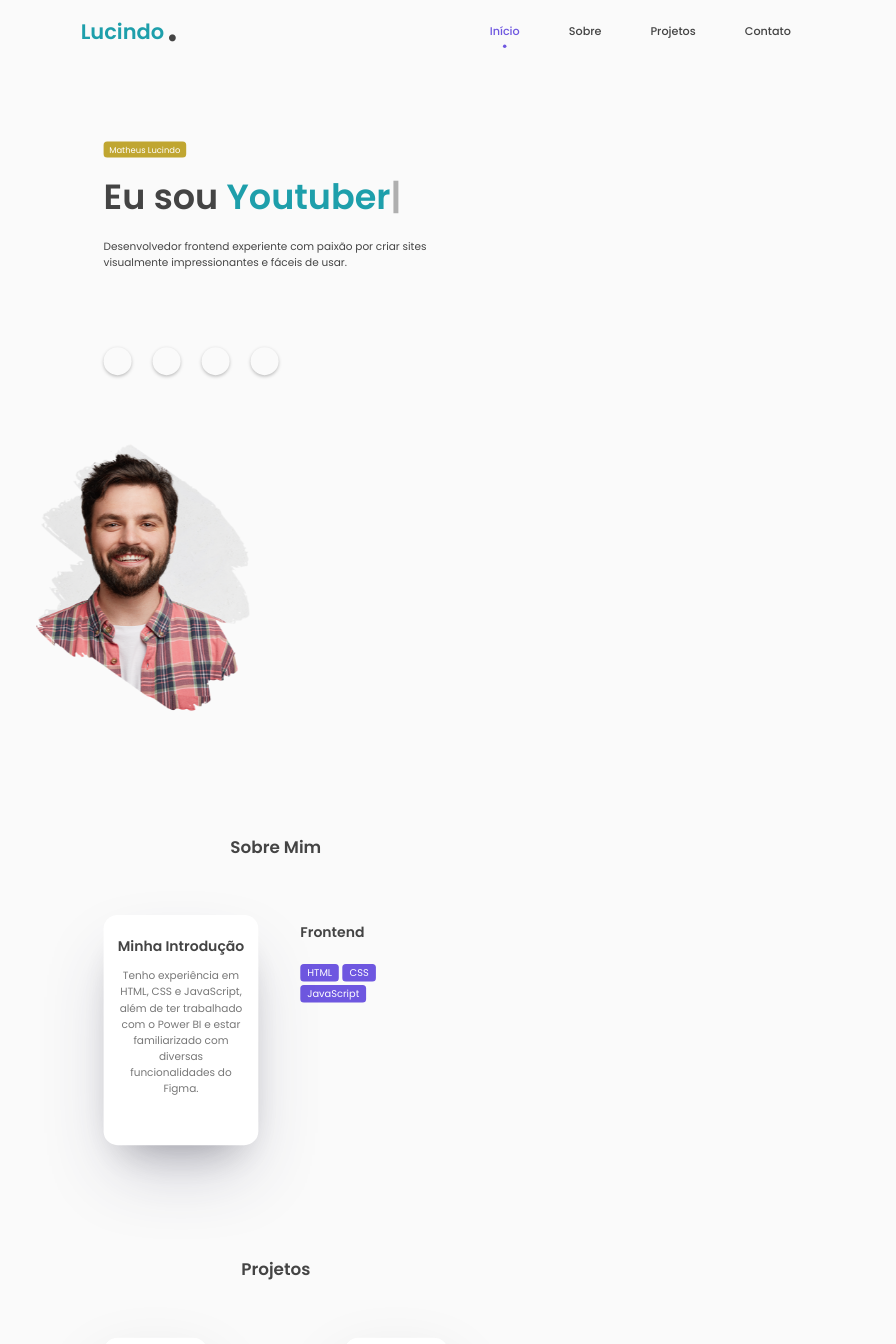
Repository: Matheus904-12/PrePortf
Page: index.html
An editor plug-in stored every save of this project. The page is shown before and after the next save, followed by the edit.
The browser window is 1280 px wide. The pictures show the part of the page from y = 0 to 1920 px (the page is 3190 px tall before and 3033 px after), at 70% of full size.
Some icons come from a web library that is not loaded, so they are not drawn.

Above is the page before, as saved 2023-09-29 12:13:23.

### index.html
<!DOCTYPE html>
<html lang="pt-br">

<head>
    <meta charset="UTF-8">
    <meta name="viewport" content="width=device-width, initial-scale=1.0">

    <!-- UNICONS -->
    <link rel="stylesheet" href="https://unicons.iconscout.com/release/v4.0.8/css/line.css">
    <!-- CSS -->
    <link rel="stylesheet" href="style.css">
    <!-- Adicionar favicon -->
    <link rel="shortcut icon" href="assets/images/favicon.png" type="image/x-icon">

    <title>Portfólio | Codingdev</title>
</head>

<body>
    <div class="container">
        <!-- --------------- CABEÇALHO --------------- -->
        <nav id="header">
            <div class="nav-logo">
                <p class="nav-name">Lucindo</p>
                <span>.</span>
            </div>
            <div class="nav-menu" id="myNavMenu">
                <ul class="nav_menu_list">
                    <li class="nav_list">
                        <a href="#home" class="nav-link active-link">Início</a>
                        <div class="circle"></div>
                    </li>
                    <li class="nav_list">
                        <a href="#about" class="nav-link">Sobre</a>
                        <div class="circle"></div>
                    </li>
                    <li class="nav_list">
                        <a href="#projects" class="nav-link">Projetos</a>
                        <div class="circle"></div>
                    </li>
                    <li class="nav_list">
                        <a href="#contact" class="nav-link">Contato</a>
                        <div class="circle"></div>
                    </li>
                </ul>
            </div>
            <div class="nav-menu-btn">
                <i class="uil uil-bars" onclick="myMenuFunction()"></i>
            </div>
        </nav>


        <!-- -------------- PRINCIPAL ---------------- -->
        <main class="wrapper">
            <!-- -------------- DESTAQUE ---------------- -->
            <br>
            <br>
            <br>
            <br>
            <br>
            <br>
            <br>
            <br
            <section class="featured-box" id="home">
                <div class="featured-text">
                    <div class="featured-text-card">
                        <span>Matheus Lucindo</span>
                    </div>
                    <div class="featured-name">
                        <p>Eu sou <span class="typedText"></span></p>
                    </div>
                    <div class="featured-text-info">
                        <p>Desenvolvedor frontend experiente com paixão por criar sites visualmente
                            impressionantes e fáceis de usar.
                        </p>
                    </div>

                    <div class="social_icons">
                        <a href="https://www.instagram.com/matheus_lucindo/" target="_blank" class="icon"><i class="uil uil-instagram"></i></a>
                        <a href="https://www.linkedin.com/in/matheus-lucindo-b35b68190/" target="_blank" class="icon"><i class="uil uil-linkedin-alt"></i></a>
                        <a href="https://www.figma.com/@myprojets" target="_blank" class="icon"><i class="uil uil-figma"></i></a>
                        <a href="https://github.com/Matheus904-12" target="_blank" class="icon"><i class="uil uil-github-alt"></i></a>
                    </div>

                <div class="featured-image">
                    <div class="image">
                        <img src="profile.png" alt="avatar">
                    </div>
                </div>
                <div class="scroll-icon-box">
                    <a href="#about" class="scroll-btn">
                        <i class="uil uil-mouse-alt"></i>
                        <p>Role para baixo</p>
                    </a>
                </div>

            </section>
            <!-- -------------- SOBRE ---------------- -->
            <section class="section" id="about">
                <div class="top-header">
                    <h1>Sobre Mim</h1>
                </div>
                <div class="row">
                    <div class="col">
                        <div class="about-info">
                            <h3>Minha Introdução</h3>
                            <p><p>Tenho experiência em HTML, CSS e JavaScript, além de ter trabalhado com o Power BI e estar familiarizado com diversas funcionalidades do Figma.</p>

                            </p>
                        </div>
                    </div>
                    <div class="col">
                        <div class="skills-box">
                            <div class="skills-header">
                                <h3>Frontend</h3>
                            </div>
                            <div class="skills-list">
                                <span>HTML</span>
                                <span>CSS</span>
                                <span>JavaScript</span>
                            </div>
                        </div>
            </section>

            <!-- -------------- PROJETOS ---------------- -->

            <section class="section" id="projects">
                <div class="top-header">
                    <h1>Projetos</h1>
                </div>
                <div class="project-container">
                    <div class="project-box">
                        <i class="uil uil-briefcase-alt"></i>
                        <h3>Concluídos</h3>
                        <label>31+ Projetos Finalizados</label>
                    </div>
                    <div class="project-box">
                        <i class="uil uil-award"></i>
                        <h3>Experiência</h3>
                        <label>1 Ano na área</label>
                    </div>
                </div>
            </section>

            <!-- -------------- CONTATO ---------------- -->

            <section class="section" id="contact">
                <div class="top-header">
                    <h1>Fale Comigo</h1>
                    <span>Tem um projeto em mente? Entre em contato comigo aqui</span>
                </div>
                <div class="row">
                    <div class="col">
                        <div class="contact-info">
                            <h2>Me Encontre <i class="uil uil-corner-right-down"></i></h2>
                            <p><i class="uil uil-envelope"></i> Email: matheuslucindo904@gmail.com</p>
                            <p><i class="uil uil-phone"></i> +55 11 97166-6817</p>
                        </div>
            </section>

        </main>


        <!-- --------------- RODAPÉ --------------- -->
        <footer>
            <div class="top-footer">
                <p>Matheus Lucindo .</p>
            </div>
            <div class="middle-footer">
                <ul class="footer-menu">
                    <li class="footer_menu_list">
                        <a href="#home">Início</a>
                    </li>
                    <li class="footer_menu_list">
                        <a href="#about">Sobre</a>
                    </li>
                    <li class="footer_menu_list">
                        <a href="#projects">Projetos</a>
                    </li>
                    <li class="footer_menu_list">
                        <a href="#contact">Contato</a>
                    </li>
                </ul>
            </div>
            <div class="footer-social-icons">
                <div class="icon"><a href="https://www.instagram.com/matheus_lucindo/" target="_blank"><i class="uil uil-instagram"></i></a></div>
                <div class="icon"><a href="https://www.linkedin.com/in/matheus-lucindo-b35b68190/" target="_blank"><i class="uil uil-linkedin-alt"></i></a></div>
                <div class="icon"><a href="https://www.figma.com/@myprojets" target="_blank"><i class="uil uil-figma"></i></a></div>
                <div class="icon"><a href="https://github.com/Matheus904-12" target="_blank"><i class="uil uil-github-alt"></i></a></div>
            </div>
            <div class="bottom-footer">
                <p>Direitos Autorais &copy; <a href="#home" style="text-decoration: none;">Matheus Lucindo</a> - Todos os direitos
                    reservados
                </p>
            </div>
        </footer>

    </div>

    <!-- ----- TYPING JS Link ----- -->
    <script src="https://unpkg.com/typed.js@2.0.16/dist/typed.umd.js"></script>

    <!-- ----- SCROLL REVEAL JS Link----- -->
    <script src="https://unpkg.com/scrollreveal"></script>

    <!-- ----- MAIN JS ----- -->
    <script src="script.js"></script>
</body>

</html>

### style.css
/* ----- POPPINS FONT Link ----- */
@import url('https://fonts.googleapis.com/css2?family=Poppins:wght@400;500;600;700&display=swap');

/* ----- VARIABLES ----- */
:root{
    --body-color: rgb(250, 250, 250);
    --color-white: rgb(255, 255, 255);

    --text-color-second: rgb(68, 68, 68);
    --text-color-third: rgb(30, 159, 171);

    --first-color: rgb(110, 87, 224);
    --first-color-hover: rgb(40, 91, 212);

    --second-color: rgb(110, 87, 224);
    --third-color: rgb(192, 166, 49);
    --first-shadow-color: rgba(0, 0, 0, 0.1);

}

/* ----- BASE ----- */
*{
    margin: 0;
    padding: 0;
    box-sizing: border-box;
    font-family: 'Poppins', sans-serif;
}

/* ----- SMOOTH SCROLL ----- */
html{
    scroll-behavior: smooth;
}

/* ----- CHANGE THE SCROLL BAR DESIGN ----- */
::-webkit-scrollbar{
    width: 10px;
    border-radius: 25px;
}
::-webkit-scrollbar-track{
    background: #f1f1f1;
}
::-webkit-scrollbar-thumb{
    background: #ccc;
    border-radius: 30px;
}
::-webkit-scrollbar-thumb:hover{
    background: #bbb;
}


/* ---##-- REUSABLE CSS --##--- */

/* ----- GLOBAL BUTTON DESIGN ----- */
.btn{
    font-weight: 500;
    padding: 12px 20px;
    background: #efefef;
    border: none;
    border-radius: 10px;
    cursor: pointer;
    transition: .4s;
}
.btn>i{
    margin-left: 10px;
}
.btn:hover{
    background: var(--second-color);
    color: var(--color-white);
}

/* ----- GLOBAL ICONS DESIGN ----- */
i{
    font-size: 16px;
}

/* ------- BASE -------- */
body{
    background: var(--body-color);
}
.container{
    width: 100%;
    position: relative;
    overflow-x: hidden; /* not mandatory */
}

/* ----- NAVIGATION BAR ----- */
nav{
    position: fixed;
    display: flex;
    justify-content: space-between;
    width: 100%;
    height: 90px;
    line-height: 90px;
    background: var(--body-color);
    padding-inline: 9vw;
    transition: .3s;
    z-index: 100;
}
.nav-logo{
   position: relative;
}
.nav-name{
    font-size: 30px;
    font-weight: 600;
    color: var(--text-color-third);
}
.nav-logo span{
    position: absolute;
    top: -15px;
    right: -20px;
    font-size: 5em;
    color: var(--text-color-second);
}
.nav-menu, .nav_menu_list{
    display: flex;
}
.nav-menu .nav_list{
    list-style: none;
    position: relative;
}
.nav-link{
    text-decoration: none;
    color: var(--text-color-second);
    font-weight: 500;
    padding-inline: 15px;
    margin-inline: 20px;
}
.nav-menu-btn{
    display: none;
}
.nav-menu-btn i{
    font-size: 28px;
    cursor: pointer;
}
.active-link{
    position: relative;
    color: var(--first-color);
    transition: .3;
}
.active-link::after{
    content: '';
    position: absolute;
    left: 50%;
    bottom: -15px;
    transform: translate(-50%, -50%);
    width: 5px;
    height: 5px;
    background: var(--first-color);
    border-radius: 50%;
}


/* ----- WRAPPER DESIGN ----- */
.wrapper{
    padding-inline: 10vw;
}

/* ----- FEATURED BOX ----- */
.featured-box{
    position: relative;
    display: flex;
    height: 100vh;
    min-height: 700px;
}

/* ----- FEATURED TEXT BOX ----- */
.featured-text{
    position: relative;
    display: flex;
    justify-content: center;
    align-content: center;
    min-height: 80vh;
    flex-direction: column;
    width: 50%;
    padding-left: 20px;
}
.featured-text-card span{
    background: var(--third-color);
    color: var(--color-white);
    padding: 3px 8px;
    font-size: 12px;
    border-radius: 5px;
}
.featured-name{
    font-size: 50px;
    font-weight: 600;
    color: var(--text-color-second);
    margin-block: 20px;
}
.typedText{
    text-transform: capitalize;
    color: var(--text-color-third);
}
.featured-text-info{
    font-size: 15px;
    margin-bottom: 30px;
    color: var(--text-color-second);
}
.featured-text-btn{
    display: flex;
    gap: 20px;
}
.featured-text-btn>.blue-btn{
    background: var(--first-color);
    color: var(--color-white);
}
.featured-text-btn>.blue-btn:hover{
    background: var(--first-color-hover);
}
.social_icons{
    display: flex;
    margin-top: 5em;
    gap: 30px;
}
.icon{
    display: flex;
    justify-content: center;
    align-items: center;
    width: 40px;
    height: 40px;
    border-radius: 50%;
    box-shadow: 0px 2px 5px 0px rgba(0, 0, 0, 0.25);
    cursor: pointer;
}
.icon:hover{
    color: var(--first-color);
}

/* ----- FEATURED IMAGE BOX ----- */
.featured-image{
    display: flex;
    justify-content: right;
    align-content: center;
    min-height: 80vh;
    width: 50%;
}
.image{
    margin: auto 0;
    width: 380px;
    height: 380px;
    animation: imgFloat 7s ease-in-out infinite;
}
.image img{
    width: 380px;
    height: 380px;
    object-fit: contain;
}
@keyframes imgFloat {
    50%{
        transform: translateY(10px);
    }
}
.scroll-btn{
   position: absolute;
   bottom: 0;
   left: 50%;
   translate: -50%;
   display: flex;
   justify-content: center;
   align-items: center;
   width: 150px;
   height: 50px;
   gap: 5px;
   text-decoration: none;
   color: var(--text-color-second);
   background: var(--color-white);
   border-radius: 30px;
   box-shadow: 0 2px 5px 0 rgba(0, 0, 0, 0.25);
}
.scroll-btn i{
    font-size: 20px;
}

/* ----- MAIN BOX ----- */
.section{
    padding-block: 5em;
}
.row{
    display: flex;
    justify-content: space-between;
    width: 100%;
    gap: 50px;
}
.col{
    display: flex;
    width: 50%;
}

/* -- ## --- RESUABLE CSS -- ## -- */
.top-header{
    text-align: center;
    margin-bottom: 5em;
}
.top-header h1{
    font-weight: 600;
    color: var(--text-color-second);
    margin-bottom: 10px;
}
.top-header span{
    color: #999;
}
h3{
    font-size: 20px;
    font-weight: 600;
    color: var(--text-color-second);
    margin-bottom: 15px;
}

/* ----- ABOUT INFO ----- */
.about-info{
    position: relative;
    display: flex;
    align-items: center;
    flex-direction: column;
    padding-block: 30px 70px;
    padding-inline: 20px;
    width: 100%;
    background: var(--color-white);
    box-shadow: rgba(50, 50, 93, 0.25) 0px 50px 100px -20px, rgba(0, 0, 0, 0.3) 0px 30px 60px -30px;
    border-radius: 20px;
}
.about-info p{
    text-align: center;
    font-size: 15px;
    color: #777;
}
.about-btn button{
    position: absolute;
    right: 20px;
    bottom: 20px;
    background: var(--first-color);
    color: var(--color-white);
    border-radius: 30px;
}
.about-btn button:hover{
    background: var(--first-color-hover);
}

/* ----- ABOUT / SKILLS BOX ----- */
.skills-box{
    margin: 10px;
}
.skills-header{
    margin-bottom: 30px;
}
.skills-list{
    display: flex;
    flex-wrap: wrap;
    gap: 5px;
}
.skills-list span{
    font-size: 14px;
    background: var(--first-color);
    color: var(--color-white);
    padding: 2px 10px;
    border-radius: 5px;
}

/* ----- PROJECTS BOX ----- */
.project-container{
    display: flex;
    width: 100%;
    justify-content: space-between;
    gap: 20px;
    flex-wrap: wrap;
}
.project-box{
    position: relative;
    display: flex;
    justify-content: center;
    align-items: center;
    flex-direction: column;
    width: 30%;
    height: 250px;
    background: var(--color-white);
    border-radius: 20px;
    box-shadow: rgba(17, 12, 46, 0.15) 0px 48px 100px 0px;
    overflow: hidden;
}
.project-box>i{
    font-size: 50px;
    color: #00B5E7;
    margin-bottom: 25px;
}
.project-box label{
    font-size: 15px;
    color: #777;
}
.project-box::after, .contact-info::after{
    content: "";
    position: absolute;
    bottom: -100%;
    background: var(--second-color);
    width: 100%;
    height: 100%;
    transition: .4s;
    z-index: 1;
}
.project-box:hover.project-box::after,
.contact-info:hover.contact-info::after{
    bottom: 0;
}
.project-box:hover.project-box i,
.project-box:hover.project-box>h3,
.project-box:hover.project-box>label{
    color: var(--color-white);
    z-index: 2;
}

/* ----- CONTACT BOX ----- */
.contact-info{
    position: relative;
    display: flex;
    flex-direction: column;
    justify-content: center;
    align-items: center;
    padding: 20px 30px;
    width: 100%;
    height: 315px;
    background: var(--second-color);
    border-radius: 10px;
    box-shadow: 1px 8px 10px 2px var(--first-shadow-color);
    overflow: hidden;
}
.contact-info>h2{
    color: var(--color-white);
    margin-bottom: 20px;
}
.contact-info>p{
    display: flex;
    align-items: center;
    gap: 10px;
    color: var(--color-white);
    margin-block: 5px;
}
.contact-info p>i{
    font-size: 18px;
}
.contact-info::after{
    background: var(--color-white);
}
.contact-info:hover.contact-info h2,
.contact-info:hover.contact-info p,
.contact-info:hover.contact-info i{
    color: #777;
    z-index: 2;
}

/* ----- CONTACT FORM ----- */
.form-control{
    display: flex;
    flex-direction: column;
    gap: 10px;
    width: 100%;
}
.form-inputs{
    display: flex;
    gap: 10px;
    width: 100%;
}
.input-field{
    width: 50%;
    height: 55px;
    background: transparent;
    border: 2px solid #AAA;
    border-radius: 10px;
    padding-inline: 20px;
    outline: none;
}
textarea{
    width: 100%;
    height: 250px;
    background: transparent;
    border: 2px solid #AAA;
    border-radius: 10px;
    padding: 15px 20px;
    outline: none;
    resize: none;
}
.form-button>.btn{
    display: flex;
    align-items: center;
    justify-content: center;
    background: var(--second-color);
    color: var(--color-white);
}
.form-button>.btn:hover{
    background: #00B5E7;
}
.form-button i{
    font-size: 18px;
    rotate: -45deg;
}

/* ----- FOOTER BOX ----- */
footer{
    display: flex;
    justify-content: center;
    align-items: center;
    flex-direction: column;
    row-gap: 30px;
    background: #F8F8F8;
    padding-block: 40px 60px;
}
.top-footer p{
    font-size: 25px;
    font-weight: 600;
}
.middle-footer .footer-menu{
    display: flex;
}
.footer_menu_list{
    list-style: none;
}
.footer_menu_list a{
    text-decoration: none;
    color: var(--text-color-second);
    font-weight: 500;
    margin-inline: 20px;
}
.footer-social-icons{
    display: flex;
    gap: 30px;
}
.bottom-footer{
    font-size: 14px;
    margin-top: 10px;
}


/* ----- MEDIA QUERY == 1024px / RESPONSIVE ----- */
@media only screen and (max-width: 1024px){
    .featured-text{
        padding: 0;
    }
    .image, .image img{
        width: 320px;
        height: 320px;
    }
}

/* ----- MEDIA QUERY == 900px / RESPONSIVE ----- */
@media only screen and (max-width: 900px) {
    .nav-button{
        display: none;
    }
    .nav-menu.responsive{
        left: 0;
    }
    .nav-menu{
        position: fixed;
        top: 80px;
        left: -100%;
        flex-direction: column;
        justify-content: center;
        align-items: center;
        background: rgba(255, 255, 255, 0.7);
        backdrop-filter: blur(20px);
        width: 100%;
        min-height: 450px;
        height: 90vh;
        transition: .3s;
    }
    .nav_menu_list{
        flex-direction: column;
    }
    .nav-menu-btn{
        display: flex;
        align-items: center;
        justify-content: center;
    }
    .featured-box{
        flex-direction: column;
        justify-content: center;
        height: 100vh;
    }
    .featured-text{
        width: 100%;
        order: 2;
        justify-content: center;
        align-content: flex-start;
        min-height: 60vh;
    }
    .social_icons{
        margin-top: 2em;
    }
    .featured-image{
        order: 1;
        justify-content: center;
        min-height: 150px;
        width: 100%;
        margin-top: 65px;
    }
    .image, .image img{
        width: 150px;
        height: 150px;
    }
    .row{
        display: flex;
        flex-direction: column;
        justify-content: center;
        gap: 50px;
    }
    .col{
        display: flex;
        justify-content: center;
        width: 100%;
    }
    .about-info, .contact-info{
        width: 100%;
    }
    .project-container{
        justify-content: center;
    }
    .project-box{
        width: 80%;
    }

}

/* ----- MEDIA QUERY == 540px / RESPONSIVE ----- */

@media only screen and (max-width: 540px){
    .featured-name{
        font-size: 40px;
    }
    .project-box{
        width: 100%;
    }
    .form-inputs{
        flex-direction: column;
    }
    .input-field{
        width: 100%;
    }
}

Loaded but not shown: script.js (117 lines, source omitted)

After the next save:
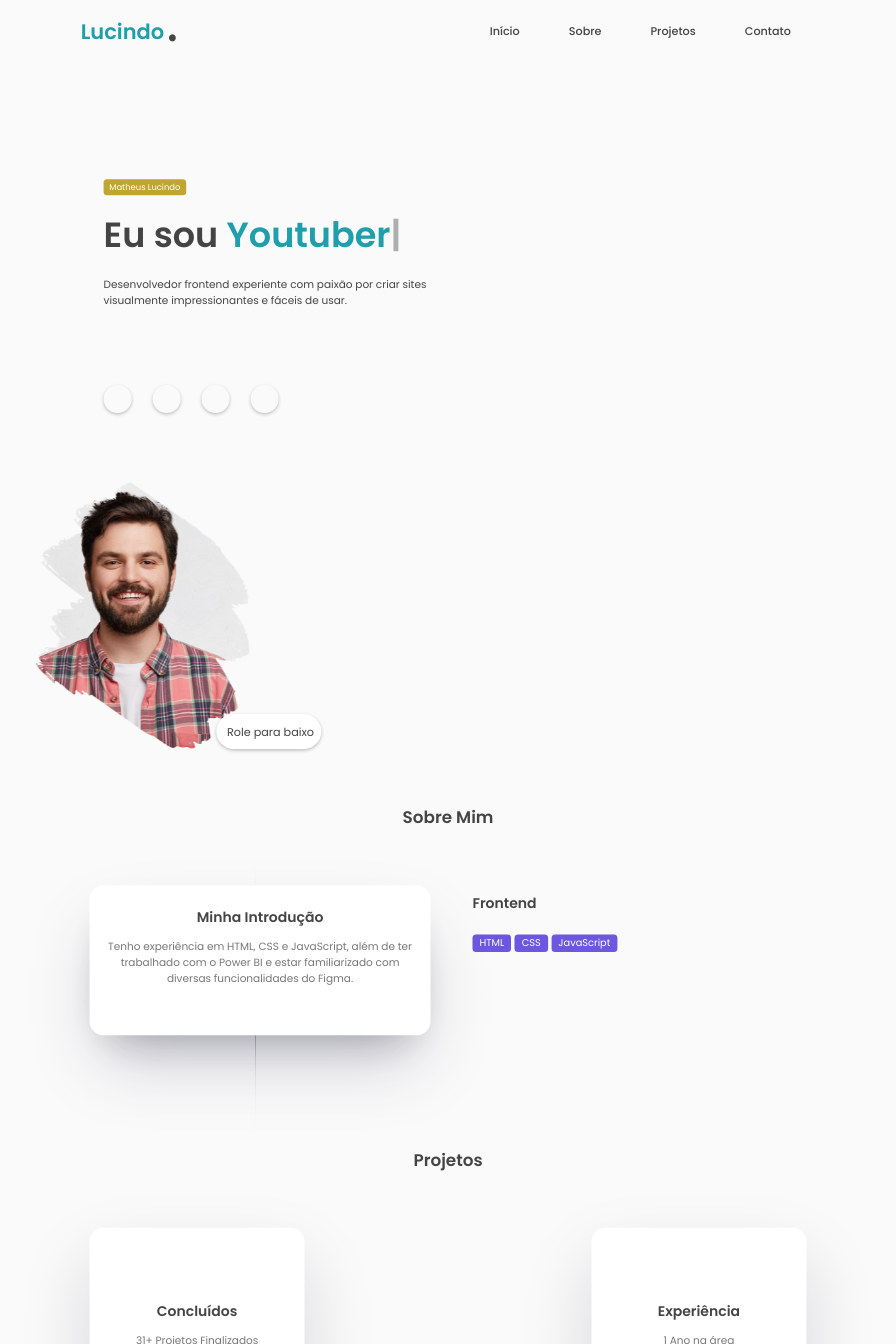
Saved 10 s later.
--- a/index.html
+++ b/index.html
@@ -59,7 +59,13 @@
             <br>
             <br>
             <br>
-            <br
+            <br>
+            <br>
+            <br>
+            <br>
+            <br>
+            <br>
+            <br>
             <section class="featured-box" id="home">
                 <div class="featured-text">
                     <div class="featured-text-card">
